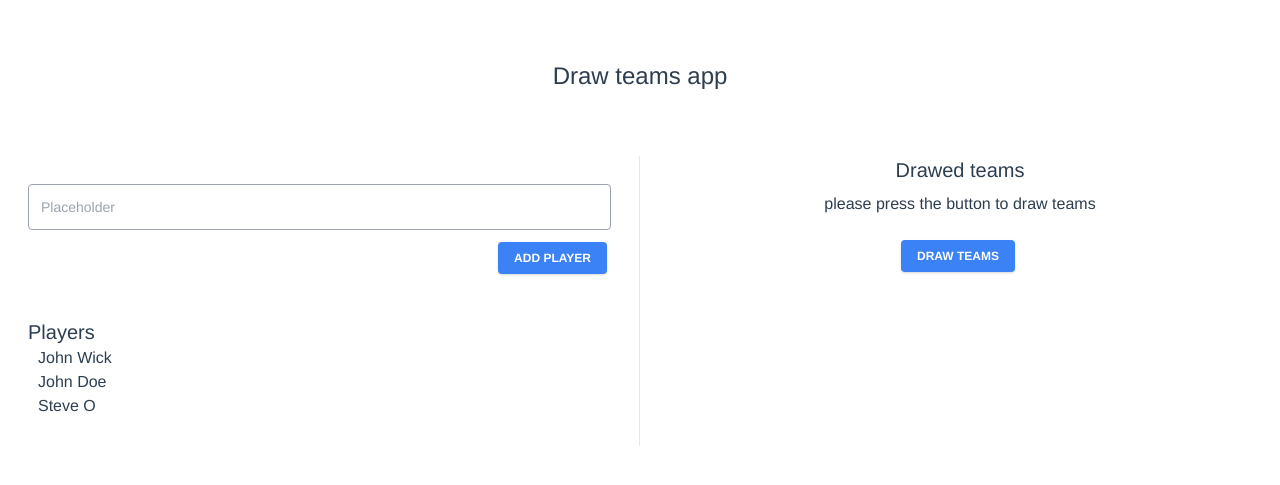
Repository: AlekJanevski/draw-teams-app
Page: /
These files come from the project's save history. The page is drawn as it stood at one moment and after the next save; the edit follows.
The browser window is 1280 px wide. The pictures show the whole page.
The project was rebuilt for these pictures with package versions that can differ from the ones it lists, and the page was loaded fresh each time.

Above is the page before, as saved 2021-03-18 21:24:59.

After the next save:
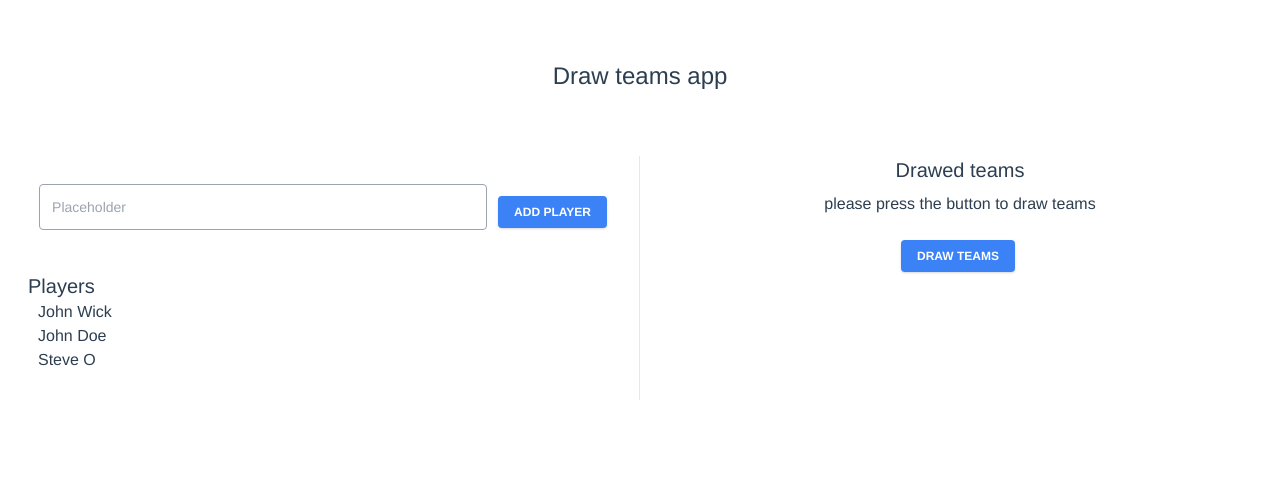
Saved 25 s later.
--- a/src/components/HelloWorld.vue
+++ b/src/components/HelloWorld.vue
@@ -10,7 +10,7 @@
           v-model="userInput"
           type="text"
           placeholder="Placeholder"
-          class="relative w-full px-3 py-3 text-sm text-gray-700 placeholder-gray-400 bg-white border border-gray-400 rounded outline-none focus:outline-none focus:shadow-outline"
+          class="relative w-full max-w-md px-3 py-3 text-sm text-gray-700 placeholder-gray-400 bg-white border border-gray-400 rounded outline-none focus:outline-none focus:shadow-outline"
         />
         <!-- Add user input ends -->
 
